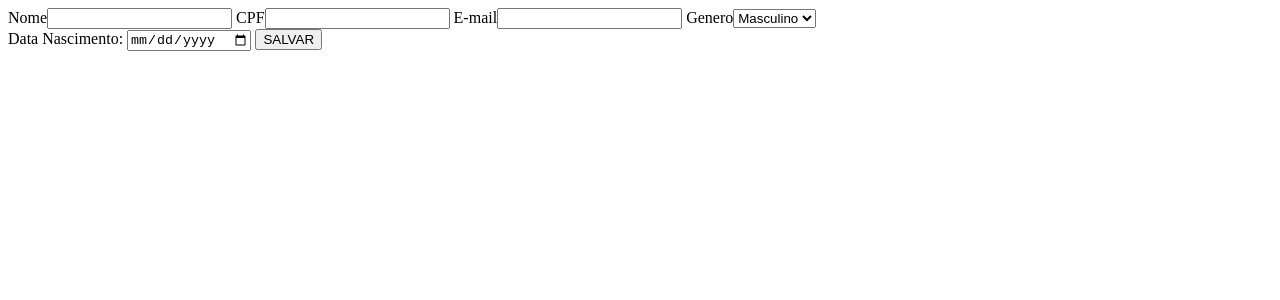
Repository: BrunoFBI/LED-2019
Page: http://localhost/les12015-web/CadastroCliente.jsp
The author's editor kept a copy of each file at every save. The page is drawn from the files as they stood at one save, then again after the next save.
The browser window is 1280 px wide. The pictures show the whole page.
The page is served by Tomcat 9. Other server files are loaded and not shown.

Above is the page before, as saved 2019-02-12 17:43:21.

### les12015-web/WebContent/CadastroCliente.jsp
<%@ page language="java" contentType="text/html; charset=ISO-8859-1"
    pageEncoding="ISO-8859-1"%>
<!DOCTYPE html>
<html>
<head>
<meta charset="ISO-8859-1">
<title>Cadastro de Clientes</title>

</head>
<body>

	<form method="post" action="SalvarCliente">
			Nome<input type="text" id="txtNome" name="txtNome"/>
			CPF<input type="text" id="txtCpf" name="txtCpf"/>
			E-mail<input type="text" id="email" name="email"/>
			Genero<select id="gender" name="gender">
			  <option value="volvo">Masculino</option>
			  <option value="volvo">Feminino</option>
			  <option value="volvo">Outros</option>
			</select></br>
			Data Nascimento: <input type="date" name="bday">
		<input type="submit" name="operacao" value="SALVAR" id="operacao">
	</form>
</body>
</html>

After the next save:
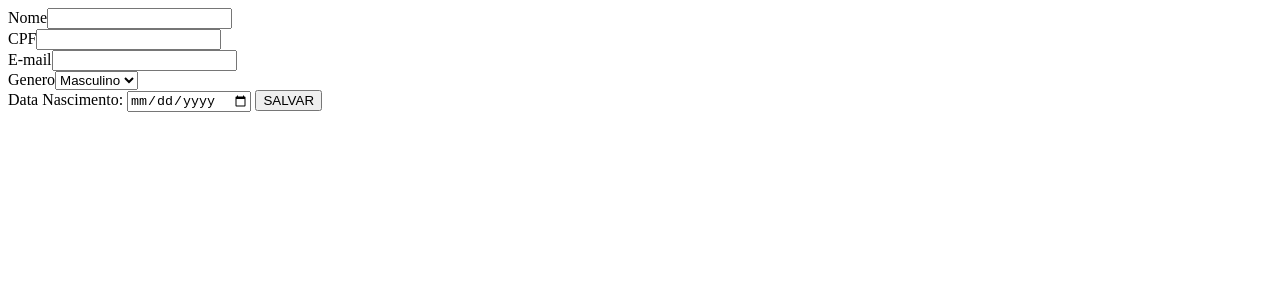
Saved 2 min 15 s later.
--- a/les12015-web/WebContent/CadastroCliente.jsp
+++ b/les12015-web/WebContent/CadastroCliente.jsp
@@ -10,9 +10,9 @@
 <body>
 
 	<form method="post" action="SalvarCliente">
-			Nome<input type="text" id="txtNome" name="txtNome"/>
-			CPF<input type="text" id="txtCpf" name="txtCpf"/>
-			E-mail<input type="text" id="email" name="email"/>
+			Nome<input type="text" id="txtNome" name="txtNome"/></br>
+			CPF<input type="text" id="txtCpf" name="txtCpf"/></br>
+			E-mail<input type="text" id="email" name="email"/></br>
 			Genero<select id="gender" name="gender">
 			  <option value="volvo">Masculino</option>
 			  <option value="volvo">Feminino</option>
